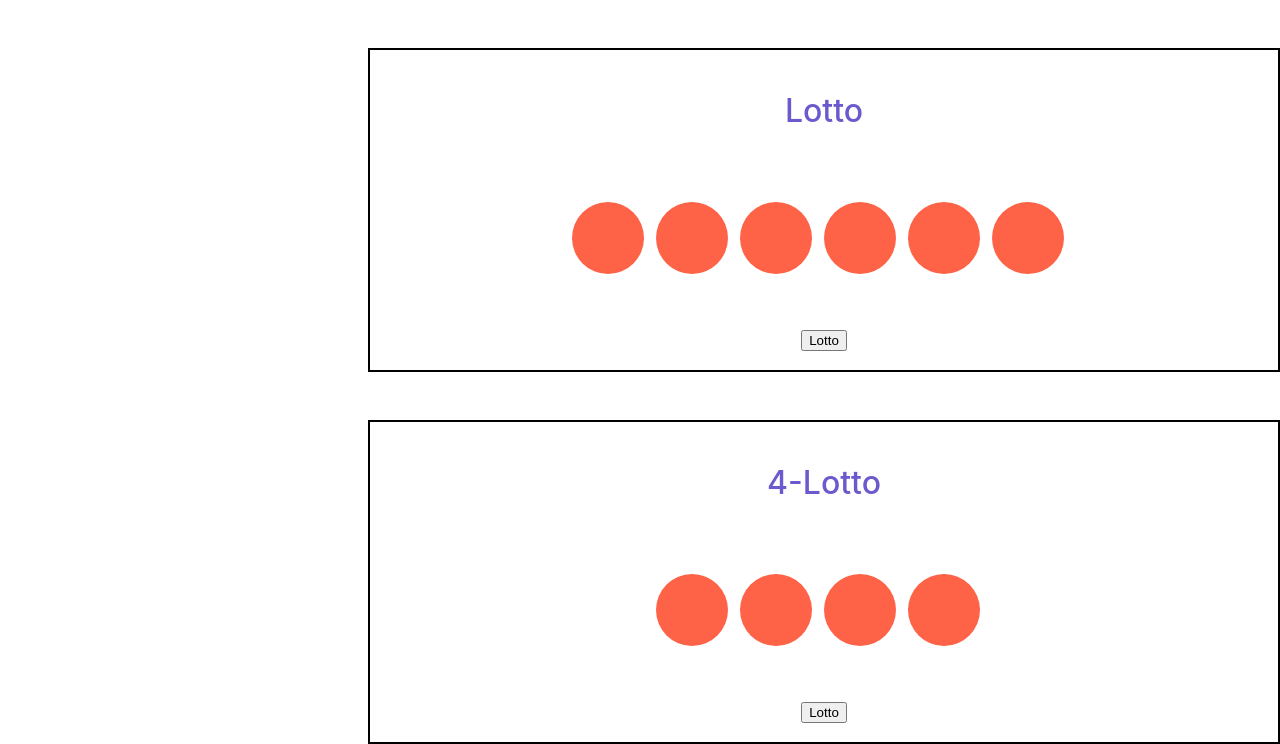
Repository: dung8466/learn-react
Page: / (app in lottery/)
An editor plug-in stored every save of this project. The page is shown before and after the next save, followed by the edit.
The browser window is 1280 px wide. The pictures show the whole page.
The project was rebuilt for these pictures with package versions that can differ from the ones it lists, and the page was loaded fresh each time.

Above is the page before, as saved 2022-09-18 21:07:19.

### lottery/src/App.js
import React, {Component} from 'react';
import './App.css';
import Lotto from './Lotto';
class App extends Component{
  render(){
    return (
      <div className="App">
        <Lotto />
        <Lotto title='4-Lotto' numBall={4} maxNum={10}/>
      </div>
    );
  }
}

export default App;

### lottery/src/Lotto.js
import React, {Component} from "react";
import './Lotto.css';
import LotteryBall from "./LotteryBall";

class Lotto extends Component{
    static defaultProps = {
        title : 'Lotto',
        numBall : 6,
        maxNum: 99
    }
    constructor(props){
        super(props);
        this.state = {nums : Array.from({length: this.props.numBall}) };
        this.generate = this.generate.bind(this);
    }
    generate(){
        this.setState(curSt => ({
            nums: curSt.nums.map(num => num = Math.floor(Math.random() * this.props.maxNum)),
        }))
    }
    render(){
        return(
            <div className="lotto">
                <h1>{this.props.title}</h1>
                <div className="ballDisplay">
                    {this.state.nums.map(b => (
                        <LotteryBall nums={b}/>
                    ))}
                </div>
                <button onClick={this.generate}>Lotto</button>
            </div>
        );
    }
}

export default Lotto;

### lottery/src/Lotto.css
.lotto{
    display: flex;
    flex-direction: column;
    justify-content: space-evenly;
    align-items: center;
    flex-wrap: wrap;
    gap: 2em;
    border: 2px solid black;
    min-width: 50em;
    min-height: 20em;
    margin-top: 3em;
    margin-left: 23em;
}

.lotto h1{
    font-size: 2em;
    font-weight: 500;
    color: slateblue;
}

### lottery/src/LotteryBall.js
import React, {Component} from "react";
import './LotteryBall.css';

class LotteryBall extends Component{
    render(){
        return(
            <div className="ball">{this.props.nums}</div>
        );
    }
}

export default LotteryBall;

### lottery/src/LotteryBall.css
.ball{
    display: inline-block;
    background-color: tomato;
    color: white;
    border-radius: 50%;
    width: 3em;
    height: 2.25em;
    text-align: center;
    padding-top: 0.75em;
    margin-right: 0.5em;
    font-weight: bold;
    font-size: 1.5em;
}

Loaded but not shown: lottery/public/index.html (common file); lottery/src/index.js (common file); lottery/src/index.css (common file); lottery/src/reportWebVitals.js (common file); lottery/src/App.css (common file)

After the next save:
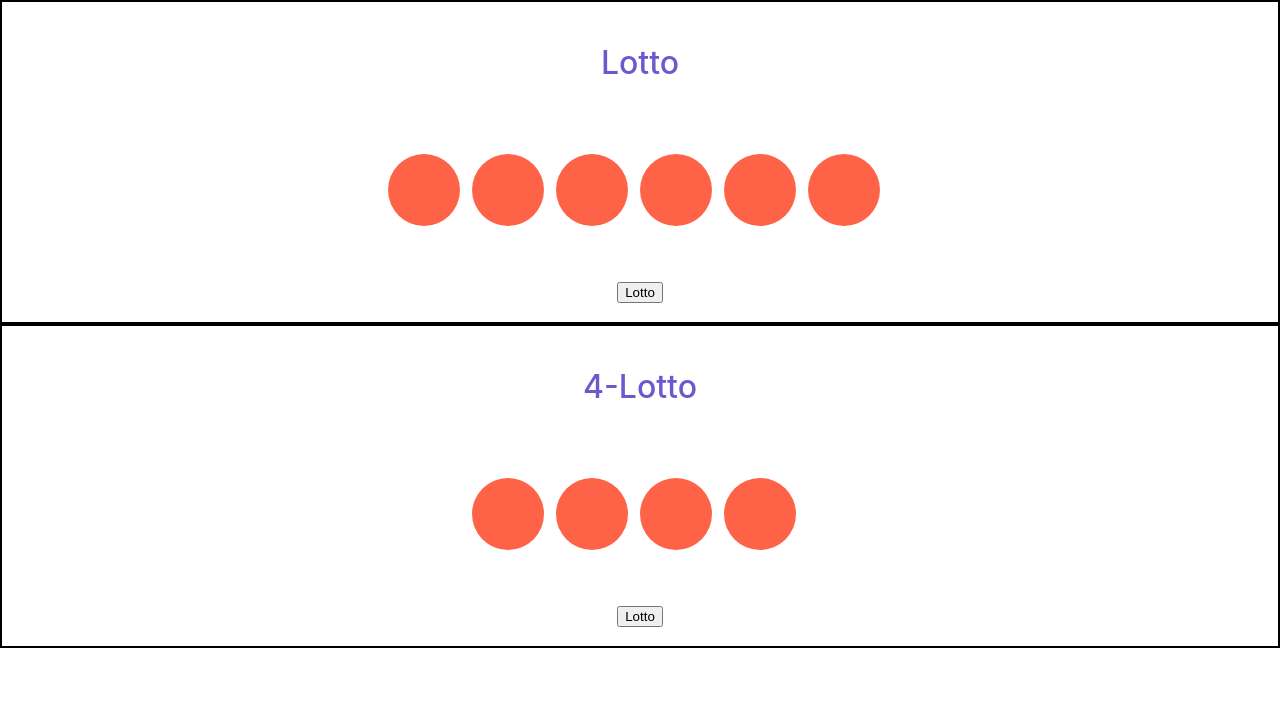
Saved 5 s later.
--- a/lottery/src/Lotto.css
+++ b/lottery/src/Lotto.css
@@ -8,8 +8,8 @@
     border: 2px solid black;
     min-width: 50em;
     min-height: 20em;
-    margin-top: 3em;
-    margin-left: 23em;
+    /* margin-top: 3em;
+    margin-left: 23em; */
 }
 
 .lotto h1{
